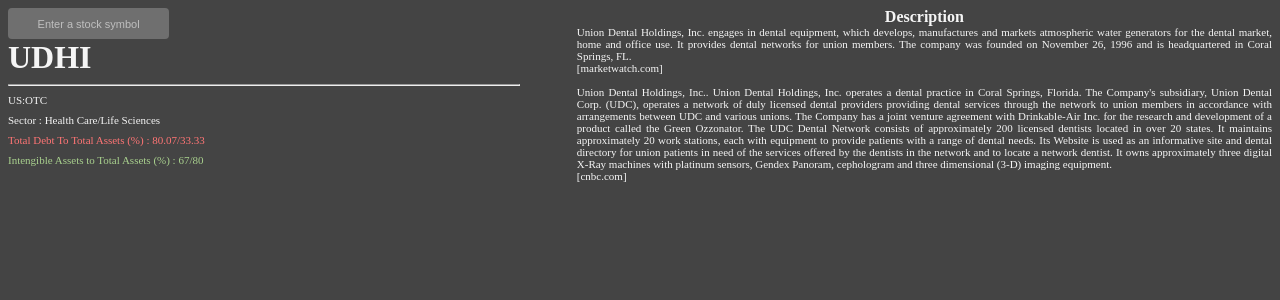
Repository: hadi4172/halal-stock-scanner
Page: popup.html
An editor plug-in stored every save of this project. The page is shown before and after the next save, followed by the edit.
The browser window is 1280 px wide. The pictures show the whole page.
The page's requests for data from a server got no answer.

Above is the page before, as saved 2020-09-24 20:00:17.
Console error (its wording comes from the project's code and is left out).

### popup.html
<!DOCTYPE html>
<html>

<head>
    <title>Halal Stock Scanner</title>
    <meta charset="UTF-8">
    <link rel="stylesheet" href="SimpleBar/simplebar.css" />
    <link rel="stylesheet" href="font-awesome/font-awesome.min.css">
    <link rel="stylesheet" type="text/css" href="popup.css">
    <script src="popup.js"></script>
    <script src="SimpleBar/simplebar.min.js"></script>
</head>

<body class=dark-background>
    <div id=left>
        <div>
            <input id=input class=dark-input type=text maxlength=5 placeholder="Enter a stock symbol" />
            <i id=search-btn class="fa fa-search fa-lg dark-icon"></i>
            <i id=settings-btn class="fa fa-cog fa-lg dark-icon"></i>
        </div>
        <span id=symbol class="dark-text">UDHI</span>
        <i id=icon-is-correct-or-no class="fa fa-exclamation-triangle fa-2x"></i>
        <div style="width:90%">
            <hr>
            <div id=market class="info dark-text">US:OTC</div>
            <div id=sector class="info dark-text">Sector : Health Care/Life Sciences</div>
            <div id=debt-to-assets class="info dark-text not-conform">Total Debt To Total Assets (%) : 80.07/33.33</div>
            <div id=intengible-assets-to-total-assets class="info dark-text conform">Intengible Assets to Total Assets
                (%) : 67/80 </div>
        </div>
    </div>

    <div id=right>
        <div id=description-title class="dark-text">Description</div>
        <div id=description class="dark-text" data-simplebar>
            Union Dental Holdings, Inc. engages in dental equipment, which develops, manufactures and markets
            atmospheric water generators for the dental market, home and office use. It provides dental networks for
            union members. The company was founded on November 26, 1996 and is headquartered in Coral Springs, FL.<br />
            [marketwatch.com]<br /><br />
            Union Dental Holdings, Inc.. Union Dental Holdings, Inc. operates a dental practice in Coral Springs,
            Florida. The Company's subsidiary, Union Dental Corp. (UDC), operates a network of duly licensed dental
            providers providing dental services through the network to union members in accordance with arrangements
            between UDC and various unions. The Company has a joint venture agreement with Drinkable-Air Inc. for the
            research and development of a product called the Green Ozzonator. The UDC Dental Network consists of
            approximately 200 licensed dentists located in over 20 states. It maintains approximately 20 work stations,
            each with equipment to provide patients with a range of dental needs. Its Website is used as an informative
            site and dental directory for union patients in need of the services offered by the dentists in the network
            and to locate a network dentist. It owns approximately three digital X-Ray machines with platinum sensors,
            Gendex Panoram, cephologram and three dimensional (3-D) imaging equipment.<br />
            [cnbc.com]
        </div>
    </div>
</body>

</html>

### SimpleBar/simplebar.css
[data-simplebar] {
  position: relative;
  flex-direction: column;
  flex-wrap: wrap;
  justify-content: flex-start;
  align-content: flex-start;
  align-items: flex-start;
}

.simplebar-wrapper {
  overflow: hidden;
  width: inherit;
  height: inherit;
  max-width: inherit;
  max-height: inherit;
}

.simplebar-mask {
  direction: inherit;
  position: absolute;
  overflow: hidden;
  padding: 0;
  margin: 0;
  left: 0;
  top: 0;
  bottom: 0;
  right: 0;
  width: auto !important;
  height: auto !important;
  z-index: 0;
}

.simplebar-offset {
  direction: inherit !important;
  box-sizing: inherit !important;
  resize: none !important;
  position: absolute;
  top: 0;
  left: 0;
  bottom: 0;
  right: 0;
  padding: 0;
  margin: 0;
  -webkit-overflow-scrolling: touch;
}

.simplebar-content-wrapper {
  direction: inherit;
  box-sizing: border-box !important;
  position: relative;
  display: block;
  height: 100%; /* Required for horizontal native scrollbar to not appear if parent is taller than natural height */
  width: auto;
  visibility: visible;
  max-width: 100%; /* Not required for horizontal scroll to trigger */
  max-height: 100%; /* Needed for vertical scroll to trigger */
  scrollbar-width: none;
  -ms-overflow-style: none;
}

.simplebar-content-wrapper::-webkit-scrollbar,
.simplebar-hide-scrollbar::-webkit-scrollbar {
  width: 0;
  height: 0;
}

.simplebar-content:before,
.simplebar-content:after {
  content: ' ';
  display: table;
}

.simplebar-placeholder {
  max-height: 100%;
  max-width: 100%;
  width: 100%;
  pointer-events: none;
}

.simplebar-height-auto-observer-wrapper {
  box-sizing: inherit !important;
  height: 100%;
  width: 100%;
  max-width: 1px;
  position: relative;
  float: left;
  max-height: 1px;
  overflow: hidden;
  z-index: -1;
  padding: 0;
  margin: 0;
  pointer-events: none;
  flex-grow: inherit;
  flex-shrink: 0;
  flex-basis: 0;
}

.simplebar-height-auto-observer {
  box-sizing: inherit;
  display: block;
  opacity: 0;
  position: absolute;
  top: 0;
  left: 0;
  height: 1000%;
  width: 1000%;
  min-height: 1px;
  min-width: 1px;
  overflow: hidden;
  pointer-events: none;
  z-index: -1;
}

.simplebar-track {
  z-index: 1;
  position: absolute;
  right: 0;
  bottom: 0;
  pointer-events: none;
  overflow: hidden;
}

[data-simplebar].simplebar-dragging .simplebar-content {
  pointer-events: none;
  user-select: none;
  -webkit-user-select: none;
}

[data-simplebar].simplebar-dragging .simplebar-track {
  pointer-events: all;
}

.simplebar-scrollbar {
  position: absolute;
  left: 0;
  right: 0;
  min-height: 10px;
}

.simplebar-scrollbar:before {
  position: absolute;
  content: '';
  background: black;
  border-radius: 7px;
  left: 2px;
  right: 2px;
  opacity: 0;
  transition: opacity 0.2s linear;
}

.simplebar-scrollbar.simplebar-visible:before {
  /* When hovered, remove all transitions from drag handle */
  opacity: 0.5;
  transition: opacity 0s linear;
}

.simplebar-track.simplebar-vertical {
  top: 0;
  width: 11px;
}

.simplebar-track.simplebar-vertical .simplebar-scrollbar:before {
  top: 2px;
  bottom: 2px;
}

.simplebar-track.simplebar-horizontal {
  left: 0;
  height: 11px;
}

.simplebar-track.simplebar-horizontal .simplebar-scrollbar:before {
  height: 100%;
  left: 2px;
  right: 2px;
}

.simplebar-track.simplebar-horizontal .simplebar-scrollbar {
  right: auto;
  left: 0;
  top: 2px;
  height: 7px;
  min-height: 0;
  min-width: 10px;
  width: auto;
}

/* Rtl support */
[data-simplebar-direction='rtl'] .simplebar-track.simplebar-vertical {
  right: auto;
  left: 0;
}

.hs-dummy-scrollbar-size {
  direction: rtl;
  position: fixed;
  opacity: 0;
  visibility: hidden;
  height: 500px;
  width: 500px;
  overflow-y: hidden;
  overflow-x: scroll;
}

.simplebar-hide-scrollbar {
  position: fixed;
  left: 0;
  visibility: hidden;
  overflow-y: scroll;
  scrollbar-width: none;
  -ms-overflow-style: none;
}

### popup.css
/* * {
    border: 1px black dotted;
} */

body{
    display:flex;
}

#right{
    width:55%
}

#left{
    width:45%
}

#description{
    height: 85vh;
}

input{
    max-width: 60%;
    font-size: 11px;
    border: none;
    background: hsl(0 0% 93%);
    border-radius: .25rem;
    padding: .6rem;
}

::placeholder {
    text-align: center;
    color: rgb(191,191,191);
}

#description{
    font-size: 11px;
    text-align:justify;
}

#description-title{
    text-align: center;
    font-weight: bold;
}

#symbol{
    font-size: 2em;
    font-weight: bolder;
}

.info{
    font-size: 11px;
    margin-bottom: 8px;
}

.dark-text{
    color:whitesmoke;
}

.dark-background{
    background-color: rgb(68,68,68);
}

.dark-input{
    background: rgb(111,111,111);
}

.dark-icon{
    color:rgb(111,111,111);
}

#icon-is-correct-or-no{
    color:rgb(255, 117, 117);
}

.not-conform{
    color:rgb(255, 117, 117) !important;
}

.conform{
    color: rgb(169, 209, 142) !important;
}

### popup.js
let marketwatchData;
var r = new XMLHttpRequest();
r.open('GET', 'https://www.marketwatch.com/investing/stock/udhi/profile', false);
r.send(null);
if (r.status == 200) {
    marketwatchData = r.responseText;
}

marketwatchData = substringBetween(marketwatchData,'id="maincontent"','id="below"').replace(/\n|\t| {2,}/g,'');
let marketwatchCompanyDescription = substringBetween(marketwatchData,'"full"><p>','p><');

console.log(`marketwatchCompanyDescription:`,marketwatchCompanyDescription);

function substringBetween(s, a, b) {
    var p = s.indexOf(a) + a.length;
    return s.substring(p, s.indexOf(b, p));
}

Loaded but not shown: font-awesome/font-awesome.min.css (library); SimpleBar/simplebar.min.js (library)

After the next save:
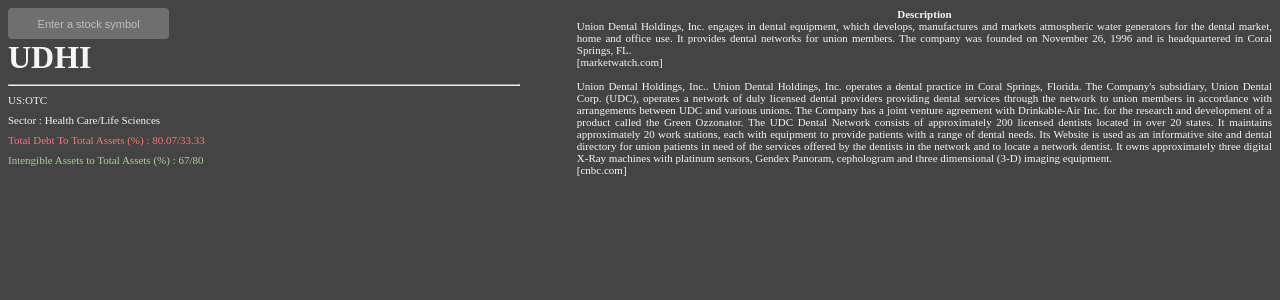
Saved 10 s later.
--- a/popup.html
+++ b/popup.html
@@ -31,8 +31,9 @@
     </div>
 
     <div id=right>
-        <div id=description-title class="dark-text">Description</div>
+
         <div id=description class="dark-text" data-simplebar>
+            <div id=description-title class="dark-text">Description</div>
             Union Dental Holdings, Inc. engages in dental equipment, which develops, manufactures and markets
             atmospheric water generators for the dental market, home and office use. It provides dental networks for
             union members. The company was founded on November 26, 1996 and is headquartered in Coral Springs, FL.<br />
